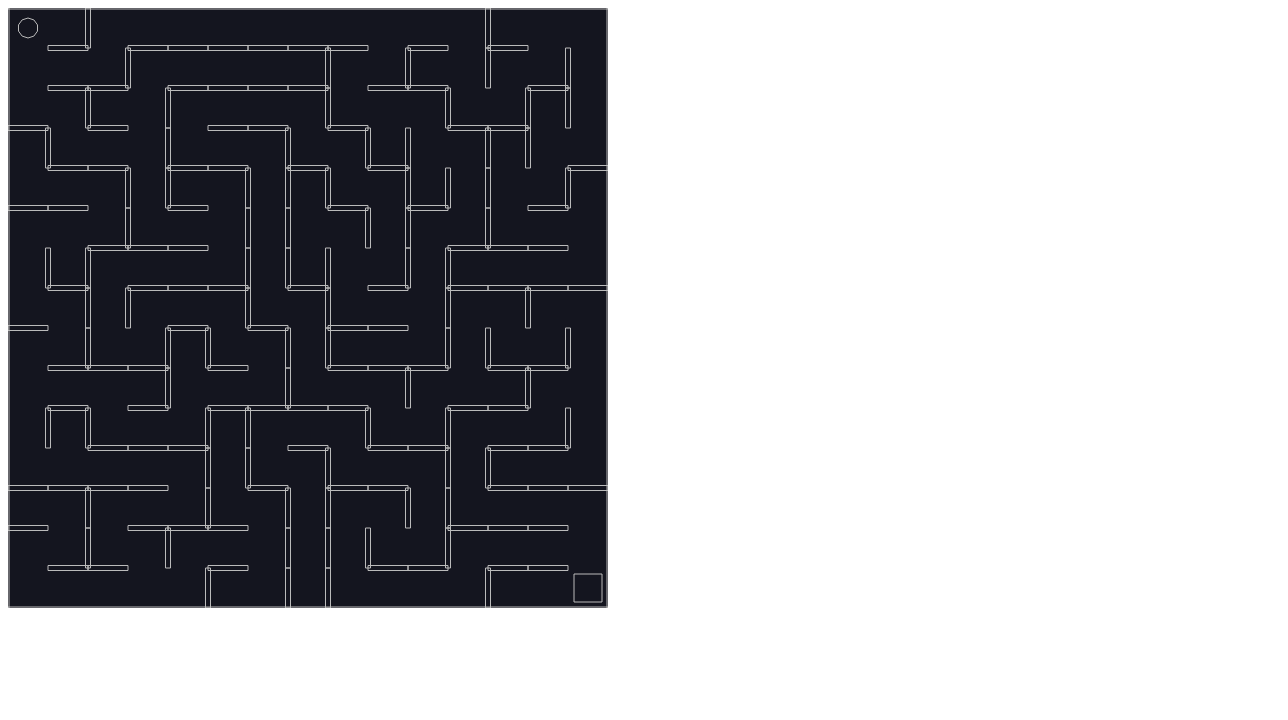
Repository: zhapar/JS-Bootcamp
Page: 3. Maze/index.html
These files come from the project's save history. The page is drawn as it stood at one moment and after the next save; the edit follows.
The browser window is 1280 px wide. The page is 1280 px wide, then 1288 px, so the pictures cover 1288 px, including what lies to the right of the window. The pictures show the whole page.
Some web libraries are served in a nearby version.

Above is the page before, as saved 2020-07-17 17:01:48.

After the next save:
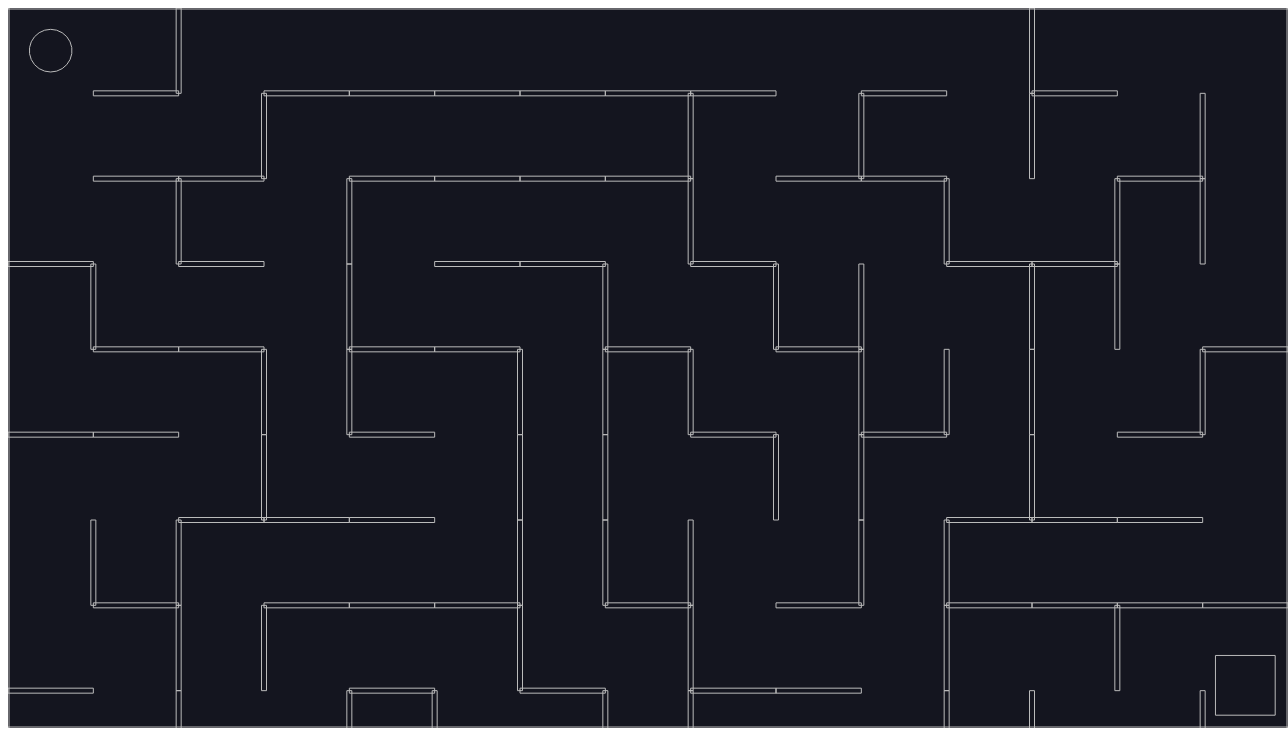
Saved 8 min 11 s later.
--- a/3. Maze/app.js
+++ b/3. Maze/app.js
@@ -11,8 +11,8 @@ const {
 } = Matter;
 
 const cells = 15;
-const width = 600;
-const height = 600;
+const width = window.innerWidth;
+const height = window.innerHeight;
 
 const unitLength = width / cells;
 
